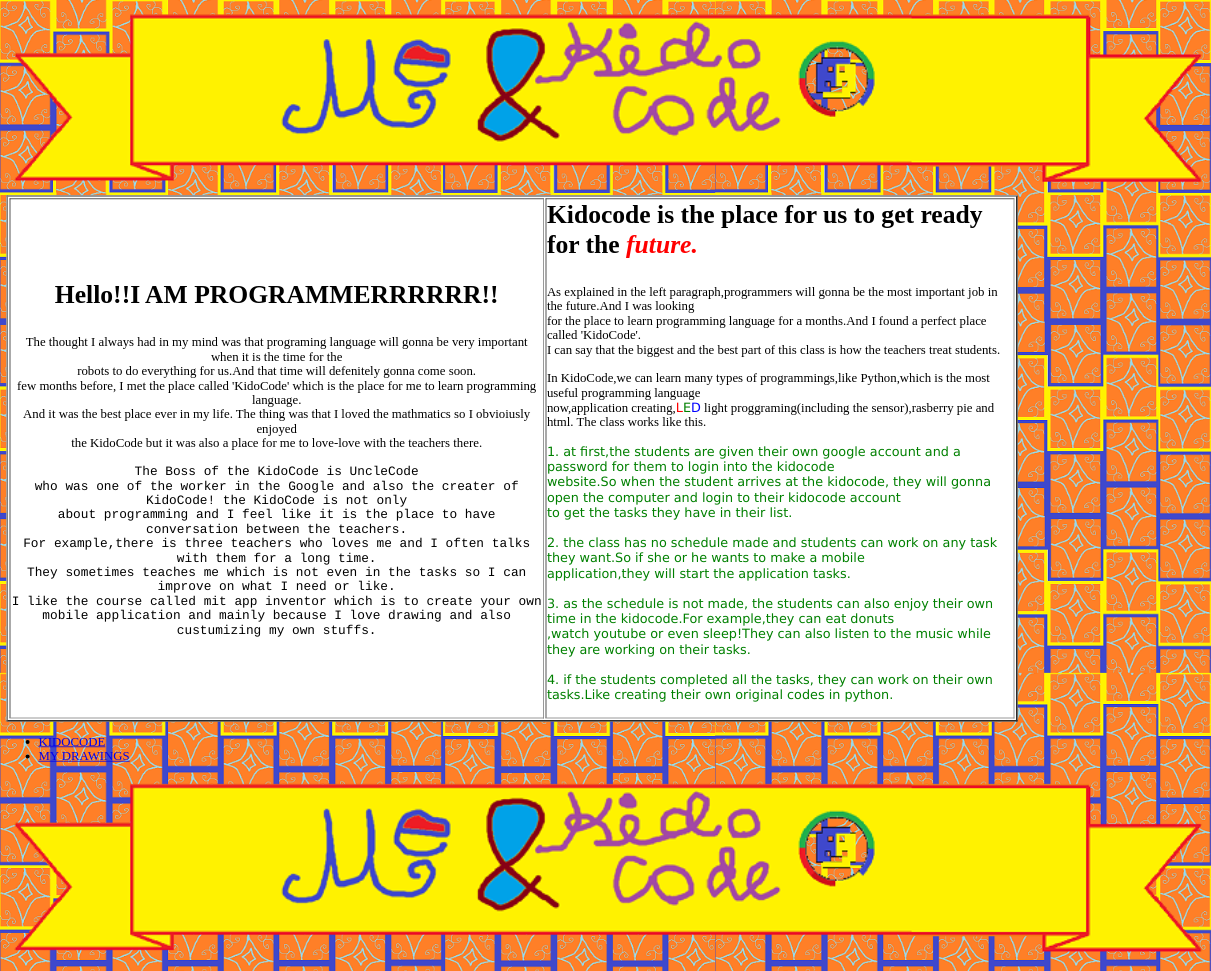
Repository: Kinta-Nomo/ProjectWeb
Page: workspace/my_website.html
The author's editor kept a record of every edit. The page is drawn from the files as they stood at one moment, then again after the next edit.
The browser window is 1280 px wide. The page is 1514 px wide, so the pictures cover 1514 px, including what lies to the right of the window. The pictures show the whole page, at 80% of full size.

Above is the page before.

After the next edit:
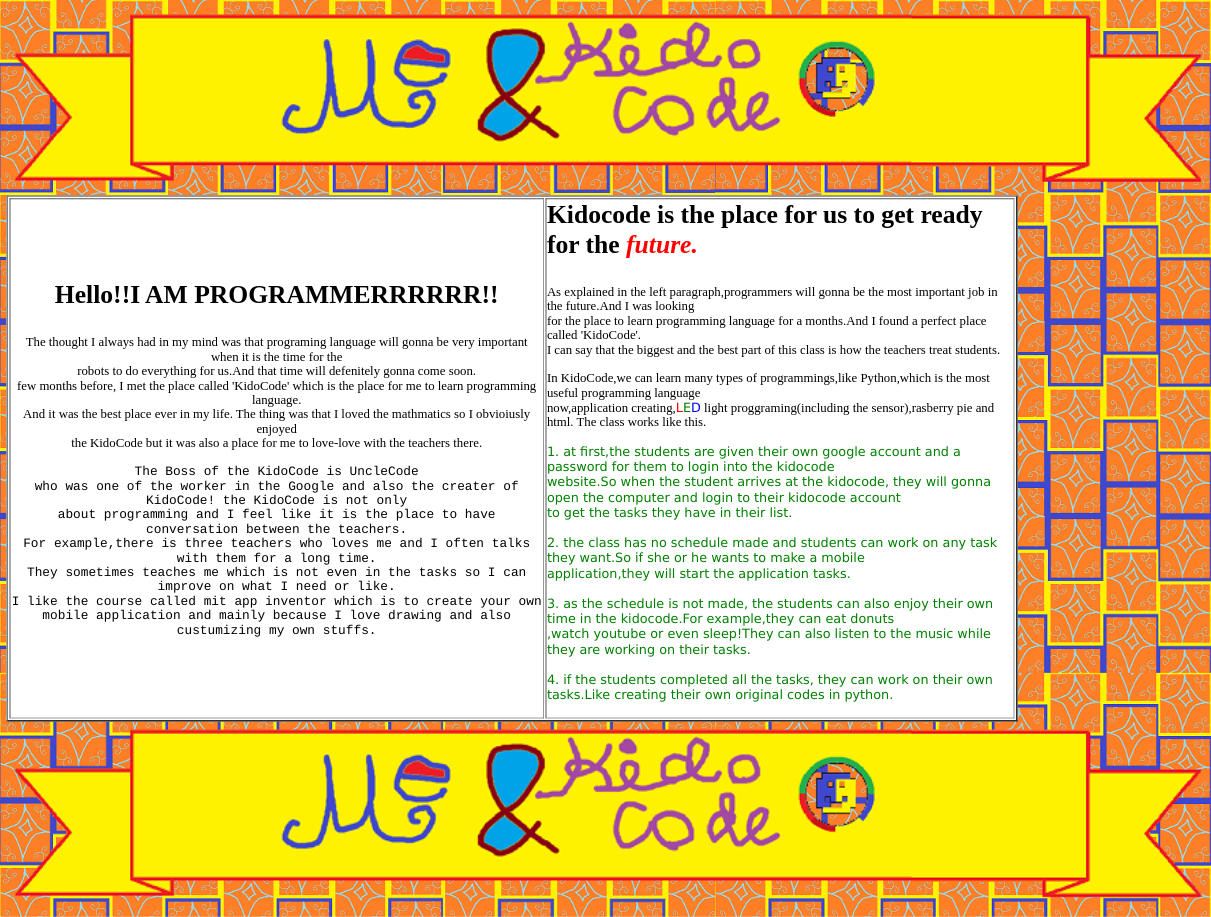
The edit:
--- a/workspace/my_website.html
+++ b/workspace/my_website.html
@@ -44,19 +44,13 @@
 
 
 
-        </form >
-        </a>
+
+
 
         <table align="center">
                         <tr>
                 <td align="center"><p><img src="imageedit_2_7671393107.png"width="1500" height=230" alt="HTML Dog"></p></td>
             </tr>
-        <nav>
-            <ul>
-                <li><a href="http://www.kidocode.com/">KIDOCODE</a></li>
-                <li><a href="https://website-kenta-kentakidocode.c9users.io/drawing.html">MY DRAWINGS</a></li>
-            </ul>
-        </nav>
     </body>
 
 </html>
